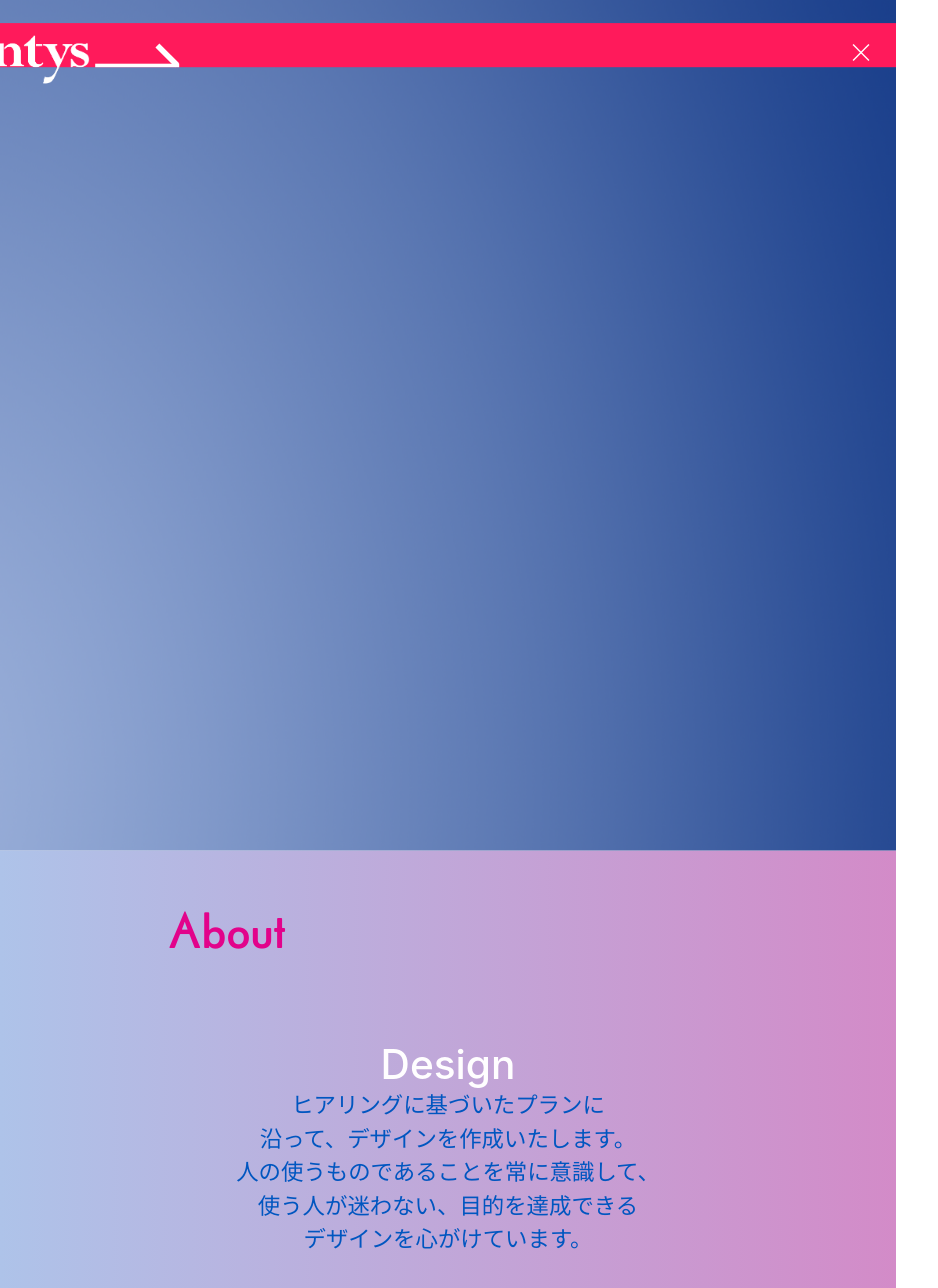
Repository: taku22/intys-hp-2
Page: index.html
The author's editor kept a record of every edit. The page is drawn from the files as they stood at one moment, then again after the next edit.
The browser window is 1280 px wide. The page is 1340 px wide, so the pictures cover 1340 px, including what lies to the right of the window. The pictures show the part of the page from y = 0 to 1840 px (the page is 5866 px tall), at 70% of full size.
After loading, the first visible `#menu` was clicked once.
Some web libraries are served in a nearby version.

Above is the page before.
Console error (its wording comes from the project's code and is left out).

After the next edit:
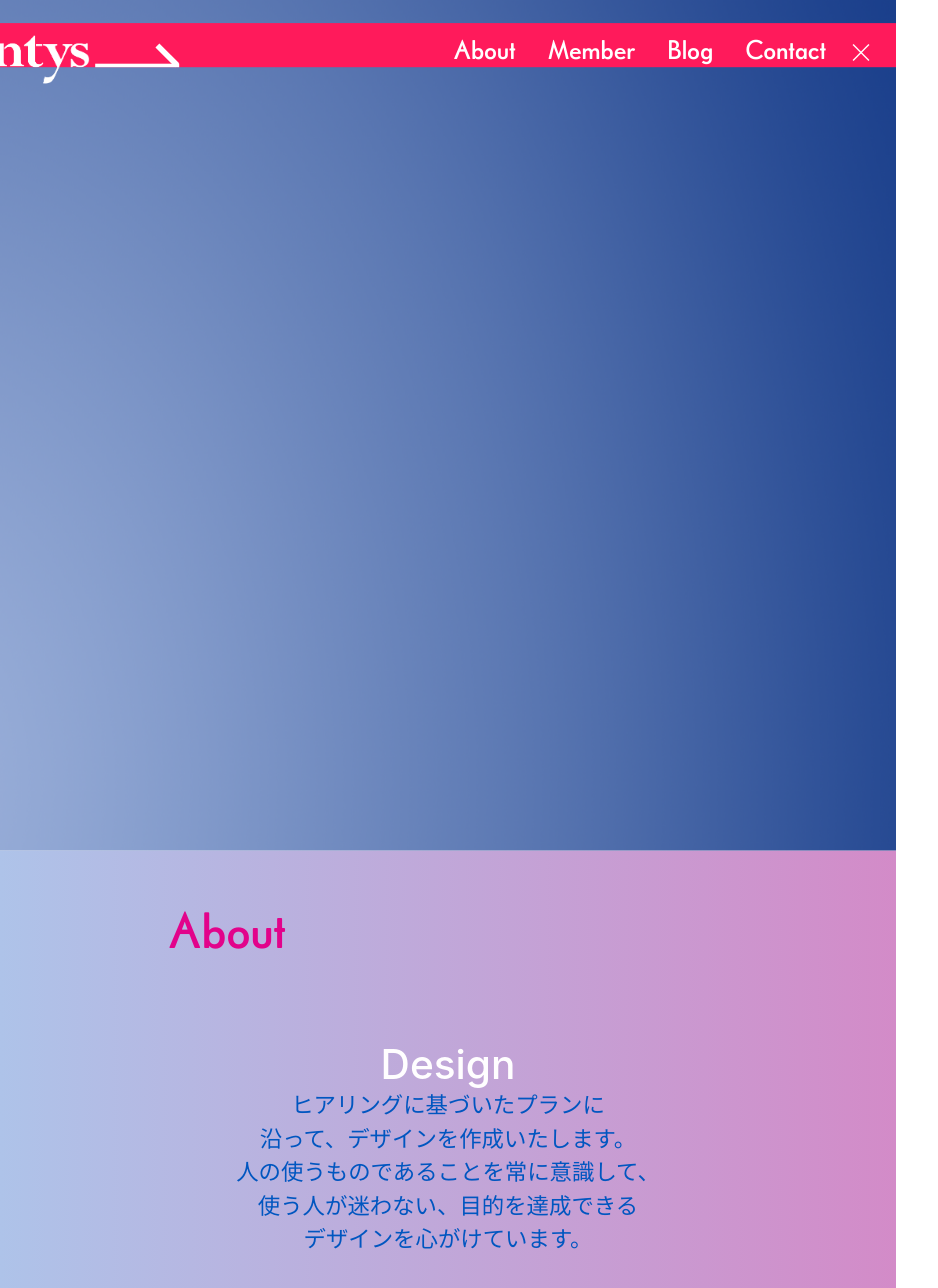
The edit:
--- a/js/menu.js
+++ b/js/menu.js
@@ -9,4 +9,5 @@
     navigationContainer.classList.toggle('navigation-container-is-opened');
     arrow.classList.toggle('dis-arrow');
     arrowIsOpened.classList.toggle('dis-arrow');
+    menuList.classList.toggle('dis-menu-list');
 })
